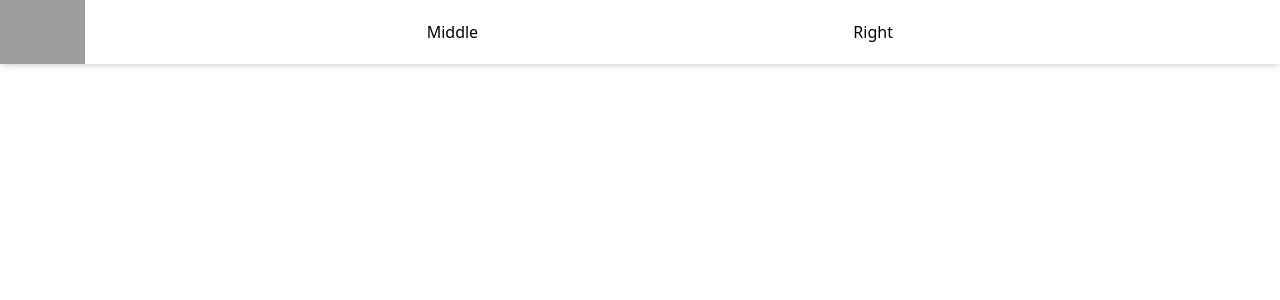
Repository: BroDudeeee/Airbnb-Clone
Page: /
These files come from the project's save history. The page is drawn as it stood at one moment and after the next save; the edit follows.
The browser window is 1280 px wide. The pictures show the whole page.
Pictures or frames that could not be fetched are drawn as grey boxes. The project was rebuilt for these pictures with package versions that can differ from the ones it lists, and the page was loaded fresh each time. The framework's server and built-in components were replaced by stand-ins that run in the browser. Also part of the build but not shown: next.config.js.

Above is the page before, as saved 2022-06-20 19:21:06.

After the next save:
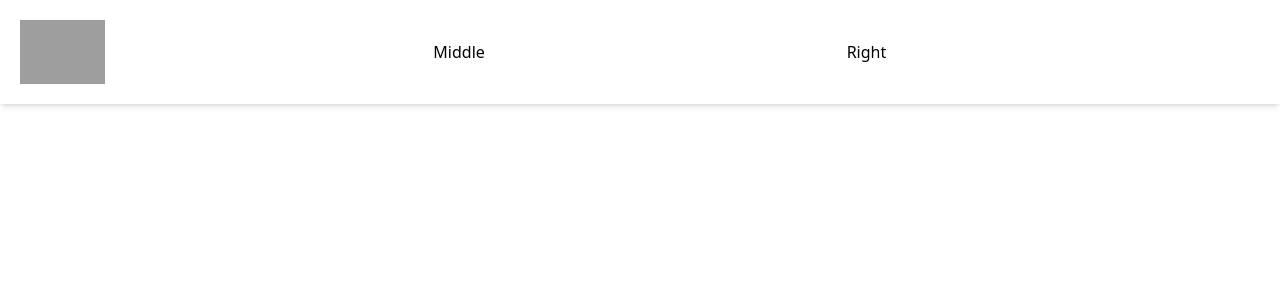
Saved 8 s later.
--- a/components/Header.js
+++ b/components/Header.js
@@ -2,7 +2,7 @@ import Image from 'next/image'
 
 const Header = () => {
   return (
-    <header className='grid grid-cols-3 shadow-md bg-white sticky top-0 z-50 items-center'>
+    <header className='grid grid-cols-3 shadow-md bg-white sticky top-0 z-50 items-center p-5'>
       {/* Left */}
       <div className='relative h-16'>
         <Image
